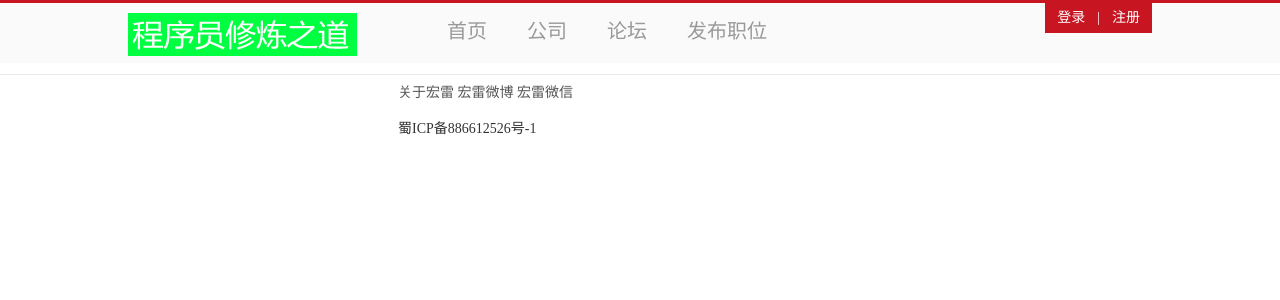
Repository: honglei92/javaweb_EE
Page: http://localhost/apple/
The author's editor kept a copy of each file at every save. The page is drawn from the files as they stood at one save, then again after the next save.
The browser window is 1280 px wide. The pictures show the whole page.
The page is served by Tomcat 9.

Above is the page before, as saved 2013-09-02 06:31:51.

After the next save:
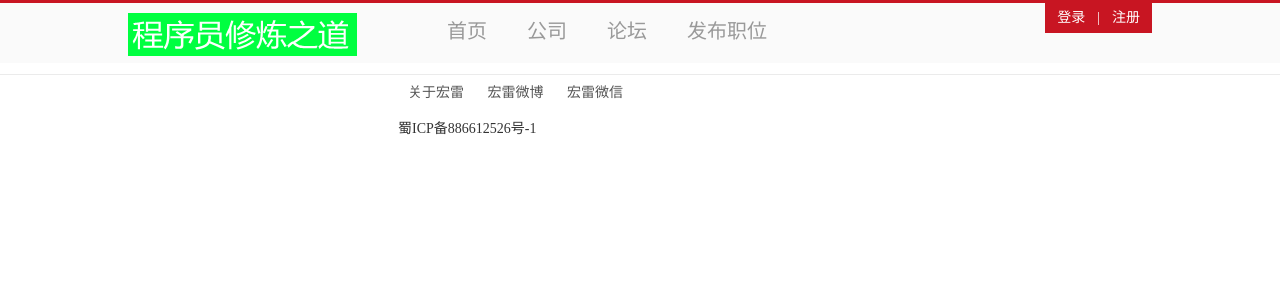
Saved 9 s later.
--- a/apple/WebContent/css/style.css
+++ b/apple/WebContent/css/style.css
@@ -131,5 +131,6 @@ a:HOVER {
 }
 
 #footer a{
-	padding:
+	padding: 0 10px;
+
 }
